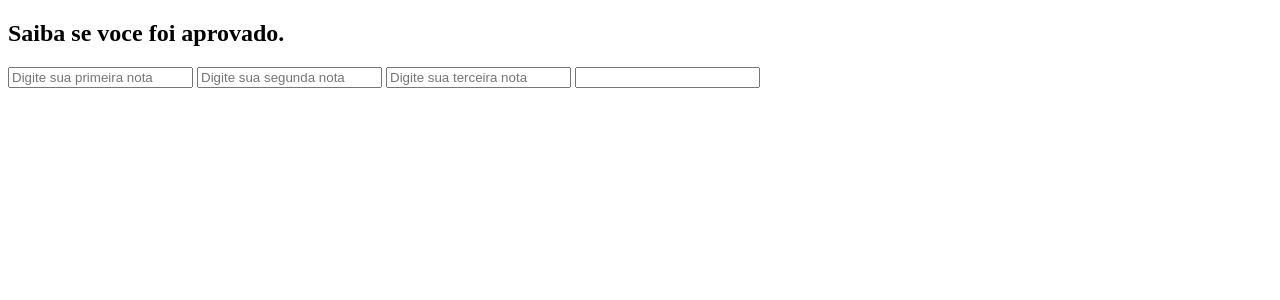
Repository: analessp/logica1
Page: index.html
The author's editor kept a copy of each file at every save. The page is drawn from the files as they stood at one save, then again after a run of saves.
The browser window is 1280 px wide. The pictures show the whole page.

Above is the page before, as saved 2025-04-30 08:48:45.

### index.html
<!DOCTYPE html>
<html lang="pt-BR>
<head>
    <meta charset="UTF-8">
    <meta name="viewport" content="width=device-width, initial-scale=1.0">
    <title>Document</title>
</head>
<body>
    <h2>Saiba se voce foi aprovado.</h2>
    <input type="text" id="nota 1" placeholder = "Digite sua primeira nota">
    <input type="text" id="nota 2" placeholder = "Digite sua segunda nota">
    <input type="text" id="nota 3" placeholder = "Digite sua terceira nota">
    <input type=""
    <script src="app.js"></script>
</body>
</html>

After the next 3 saves:
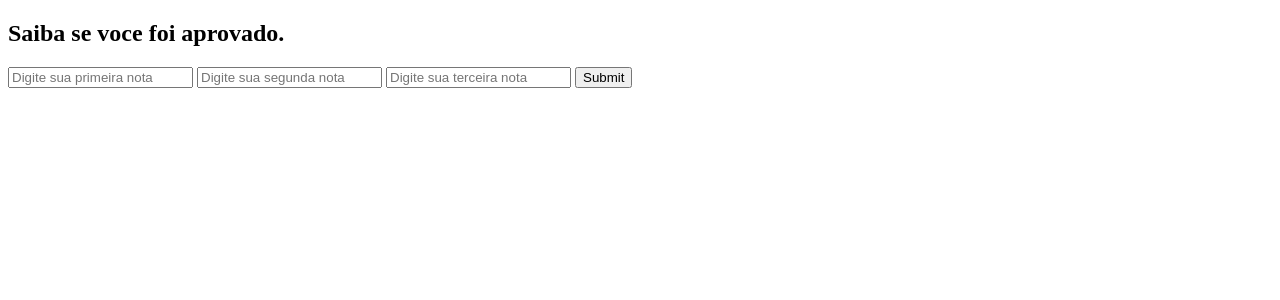
The 3 saves are shown as one change because they came seconds apart.
The last was saved 25 s later.
--- a/index.html
+++ b/index.html
@@ -10,7 +10,7 @@
     <input type="text" id="nota 1" placeholder = "Digite sua primeira nota">
     <input type="text" id="nota 2" placeholder = "Digite sua segunda nota">
     <input type="text" id="nota 3" placeholder = "Digite sua terceira nota">
-    <input type=""
+    <input type="submit" on
     <script src="app.js"></script>
 </body>
 </html>
